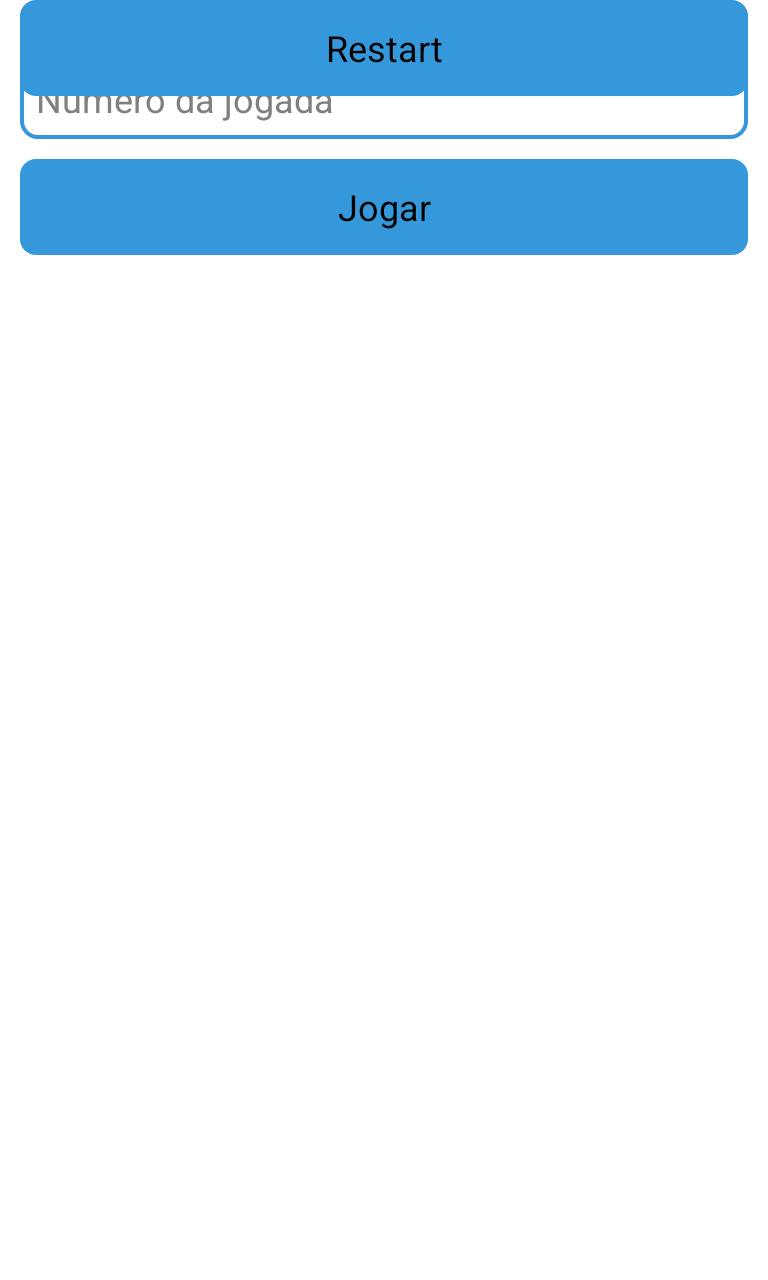
Repository: gokugohan/ddm
Layout: JogoDeAdivinha/res/layout/activity_jogar.xml
An editor plug-in stored every save of this project. The layout is shown before and after the next save, followed by the edit.
It is drawn on a 768 x 1280 px phone screen (xhdpi) without system bars, with theme AppTheme; the app's code is not run.

Above is the layout before, as saved 2014-11-12 10:33:47.

### JogoDeAdivinha/res/layout/activity_jogar.xml
<RelativeLayout xmlns:android="http://schemas.android.com/apk/res/android"
    xmlns:tools="http://schemas.android.com/tools"
    android:id="@+id/RelativeLayout1"
    android:layout_width="match_parent"
    android:layout_height="match_parent" >

    <LinearLayout
        android:id="@+id/id_LinearLayout"
        android:layout_width="match_parent"
        android:layout_height="wrap_content"
        android:orientation="vertical" >

        <TextView
            android:id="@+id/id_tv_como_jogar"
            android:layout_width="match_parent"
            android:layout_height="wrap_content"/>

        <EditText
            android:id="@+id/id_et_numero_jogado"
            android:layout_width="match_parent"
            android:layout_height="wrap_content"
            android:layout_margin="10dp"
            android:background="@drawable/custom_edittext"
            android:hint="@string/numero_da_jogada" />

        <Button
            android:id="@+id/id_btn_jogar"
            android:layout_width="match_parent"
            android:layout_height="wrap_content"
            android:layout_marginLeft="10dp"
            android:layout_marginRight="10dp"
            android:background="@drawable/custom_button"
            android:text="@string/jogar" />

        <TextView
            android:id="@+id/id_tv_debug_jogar"
            android:layout_width="match_parent"
            android:layout_height="wrap_content" />
    </LinearLayout>

    <Button
        android:id="@+id/id_btn_restart"
        android:layout_width="match_parent"
        android:layout_height="wrap_content"
        android:layout_alignParentLeft="true"
        android:layout_marginLeft="10dp"
        android:layout_marginRight="10dp"
        android:background="@drawable/custom_button"
        android:text="@string/restart" />

</RelativeLayout>

### JogoDeAdivinha/res/drawable/custom_edittext.xml
<?xml version="1.0" encoding="utf-8"?>
<shape xmlns:android="http://schemas.android.com/apk/res/android" >

    <corners
        android:radius="8dp"
        />

    <stroke android:width="2dp"
        android:color="#3498db"/>

     <padding
        android:bottom="8dp"
        android:left="8dp"
        android:right="8dp"
        android:top="8dp" />
</shape>

### JogoDeAdivinha/res/values/strings.xml
<?xml version="1.0" encoding="utf-8"?>
<resources>

    <string name="app_name">Jogo de adivinha</string>
    <string name="hello_world">Hello world!</string>
    <string name="action_settings">Settings</string>

    <string name="str_info_jogo">Bem vindo ao jogo \"adivinha o nº\".Comece por escrever o intervalo em que pretende jogar</string>
    <string name="str_info_min">Informe o número mínimo</string>
    <string name="str_info_max">Informe o número máximo</string>
    <string name="str_comecar">Começar</string>
    <string name="str_max">Máximo (1000)</string>
    <string name="str_min">Mínimo (1)</string>
    <string name="numero_da_jogada">Número da jogada</string>
    <string name="str_error_number_format">Aceita só números inteiros</string>
    <string name="jogar">Jogar</string>
    <string name="restart">Restart</string>
</resources>

### JogoDeAdivinha/res/drawable/custom_button.xml
<?xml version="1.0" encoding="utf-8"?>
<shape xmlns:android="http://schemas.android.com/apk/res/android" >

    <corners
        android:bottomLeftRadius="8dp"
        android:bottomRightRadius="8dp"
        android:topLeftRadius="8dp"
        android:topRightRadius="8dp" />

    <solid android:color="#3498db"/>
</shape>

Loaded but not shown: JogoDeAdivinha/res/values/styles.xml (common file); JogoDeAdivinha/res/values-v11/styles.xml (common file); JogoDeAdivinha/res/values-v14/styles.xml (common file)

After the next save:
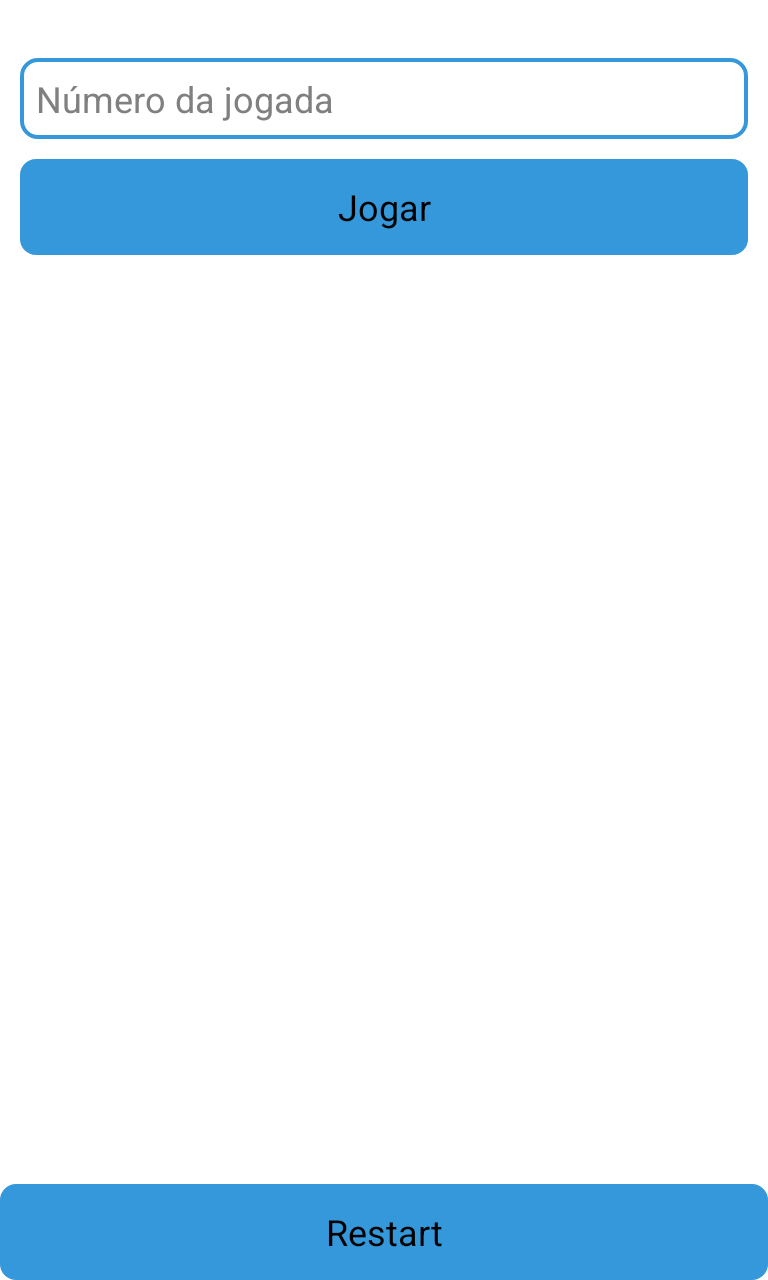
Saved 8 s later.
--- a/JogoDeAdivinha/res/layout/activity_jogar.xml
+++ b/JogoDeAdivinha/res/layout/activity_jogar.xml
@@ -42,9 +42,8 @@
         android:id="@+id/id_btn_restart"
         android:layout_width="match_parent"
         android:layout_height="wrap_content"
-        android:layout_alignParentLeft="true"
-        android:layout_marginLeft="10dp"
-        android:layout_marginRight="10dp"
+        android:layout_alignParentBottom="true"
+        android:layout_centerHorizontal="true"
         android:background="@drawable/custom_button"
         android:text="@string/restart" />
 
